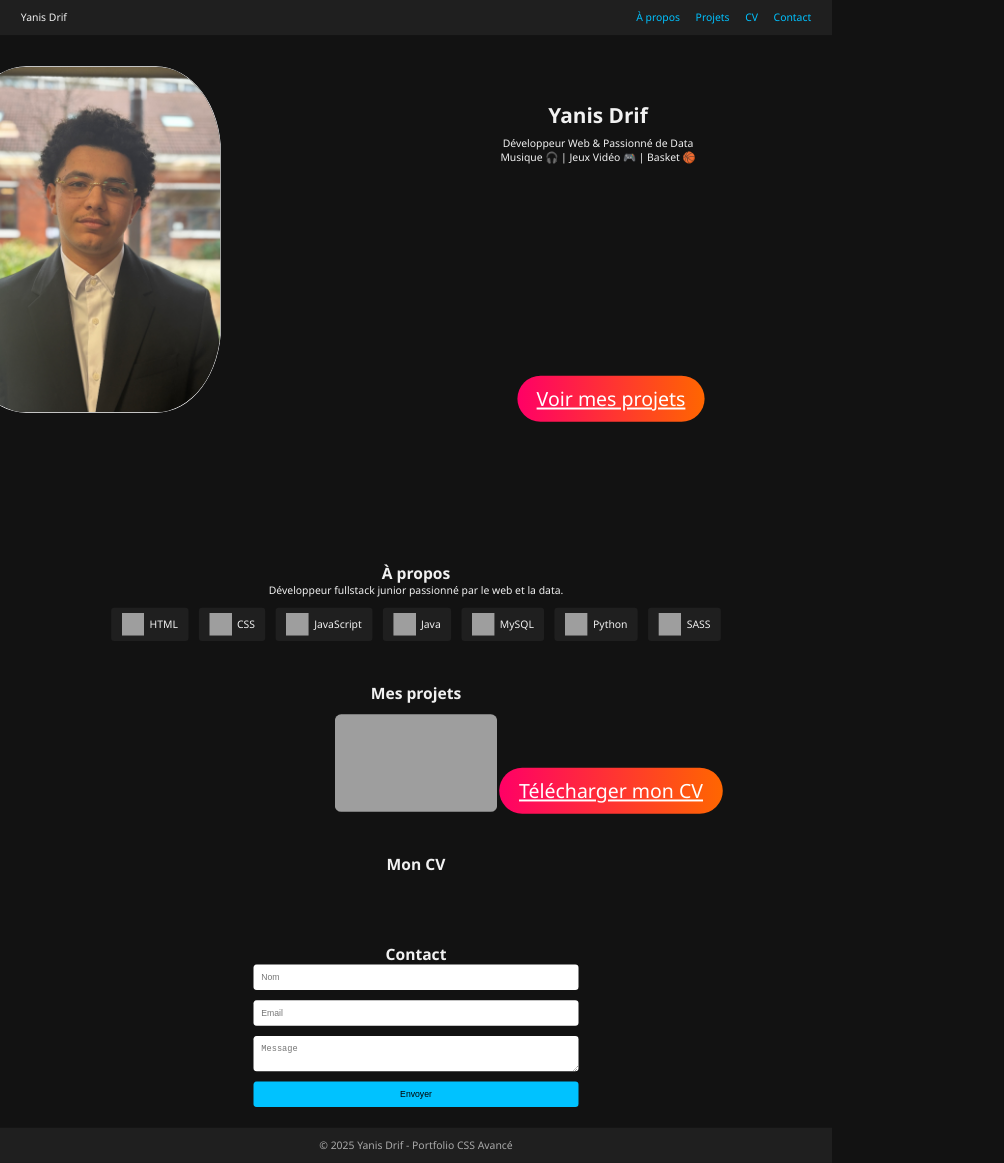
Repository: Yxniiss/ProjetCssAvance
Page: OneDrive/Bureau/Portfolio DrifYanis/home.html
The author's editor kept a copy of each file at every save. The page is drawn from the files as they stood at one save, then again after the next save.
The browser window is 1280 px wide. The page is 1544 px wide, so the pictures cover 1544 px, including what lies to the right of the window. The pictures show the whole page, at 65% of full size.
Pictures or frames that could not be fetched are drawn as grey boxes.

Above is the page before, as saved 2025-04-10 10:41:23.
Console error: TypeError: Cannot set properties of null (setting 'textContent')

After the next save:
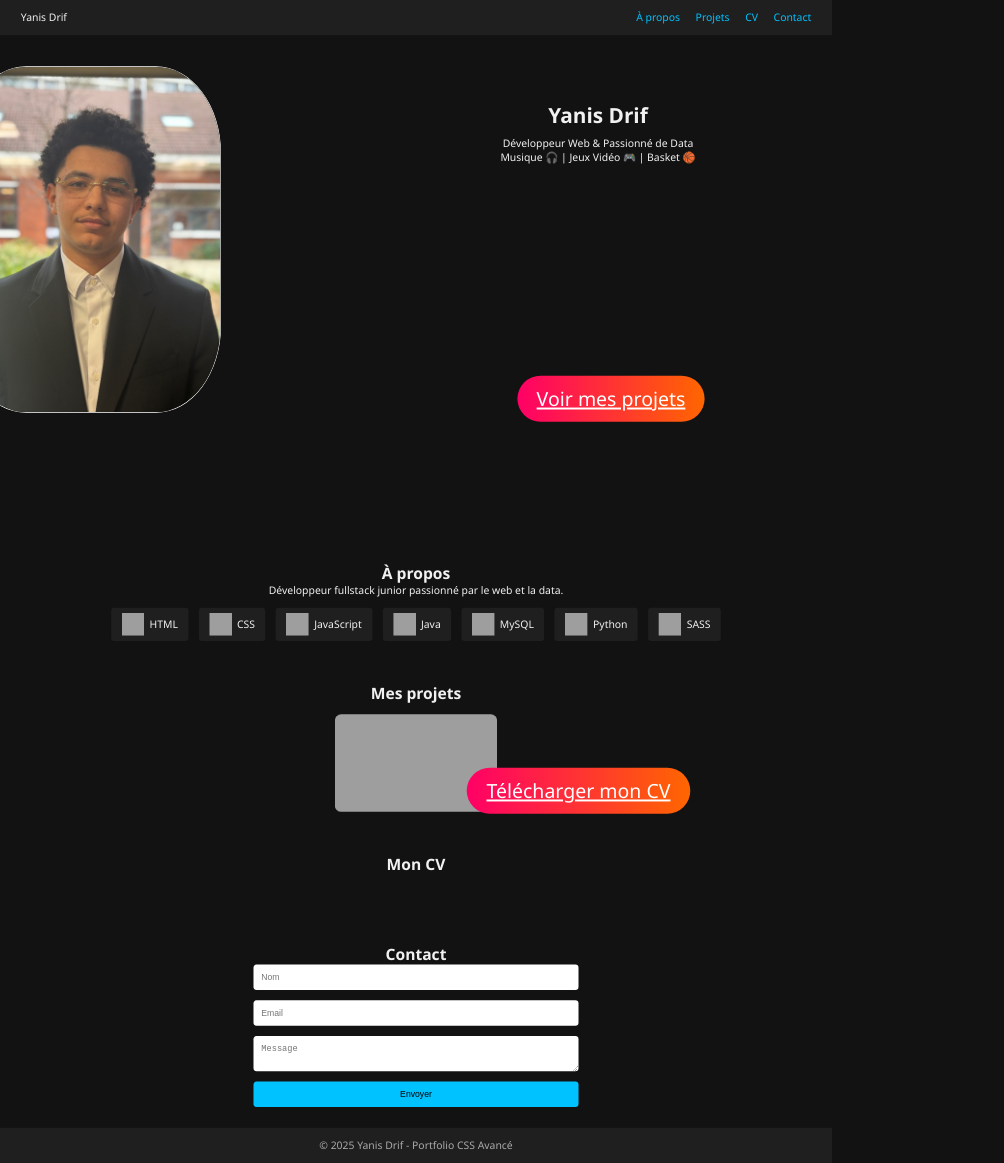
Saved 45 s later.
--- a/OneDrive/Bureau/Portfolio DrifYanis/style.css
+++ b/OneDrive/Bureau/Portfolio DrifYanis/style.css
@@ -135,7 +135,7 @@
     padding: 15px 30px;
     font-size: 30px;
     position: relative;
-    left: 300px;
+    left: 250px;
     bottom:150px;
     color:white;
     background: linear-gradient(90deg, #ff0066, #ff6600);
